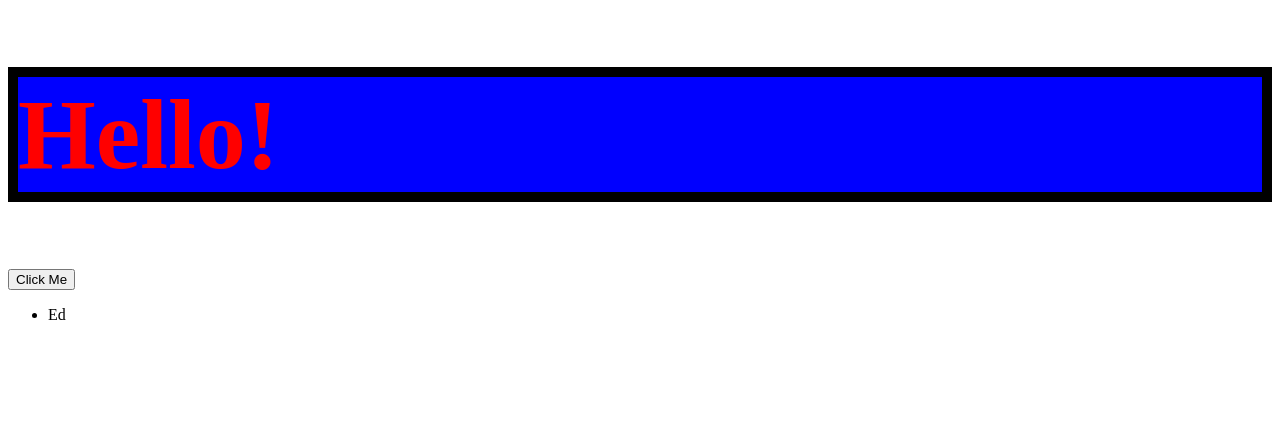
Repository: jnguyen113/DOM-Manipulation
Page: index.html
An editor plug-in stored every save of this project. The page is shown before and after a run of saves, followed by the edit.
The browser window is 1280 px wide. The pictures show the whole page.

Above is the page before, as saved 2020-06-12 10:56:38.

### index.html
<!DOCTYPE html>
<html>
<link rel="stylesheet" href="style.css">
<body>
    <h1 class="title">Hello!</h1>
    <button class = "changeColor">Click Me</button>

    <ul>
        <li>Ed</li>
    </ul>
</body>
<script src="main.js"></script>

</html>

### style.css
.change{
    color: lightblue;
    font-size: 100px;
    border: 10px solid black;

}

### main.js
const text = document.querySelector('.title');
const changeColor = document.querySelector('.changeColor');
changeColor.addEventListener('click', function(){
    text.classList.toggle("change");
})

text.style.color = 'red';
text.style.backgroundColor = 'blue';
text.classList.add("change");

After the next 4 saves:
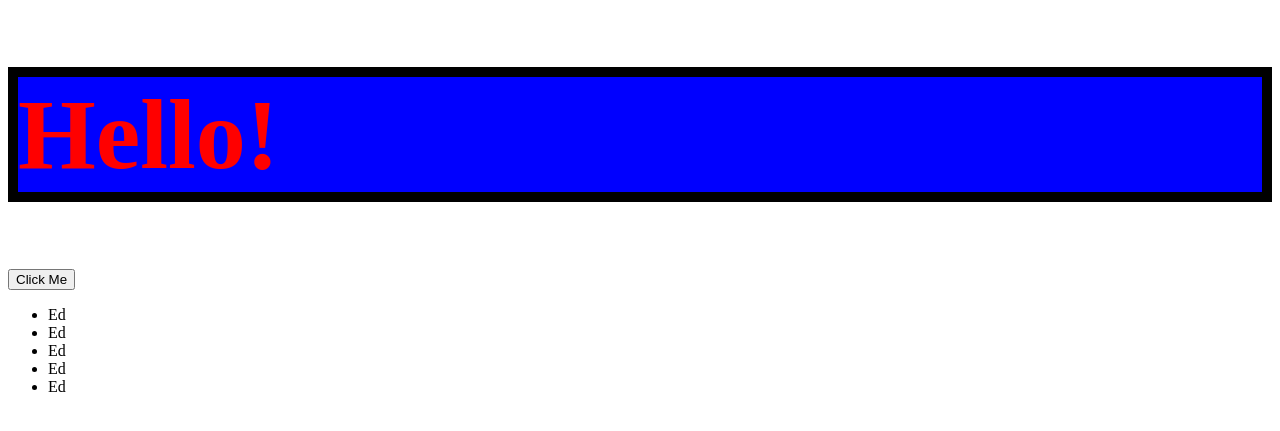
The 4 saves are shown as one change because they came seconds apart.
The last was saved 11 s later.
--- a/index.html
+++ b/index.html
@@ -7,6 +7,11 @@
 
     <ul>
         <li>Ed</li>
+        <li>Ed</li>
+        <li>Ed</li>
+        <li>Ed</li>
+        <li>Ed</li>
+
     </ul>
 </body>
 <script src="main.js"></script>
